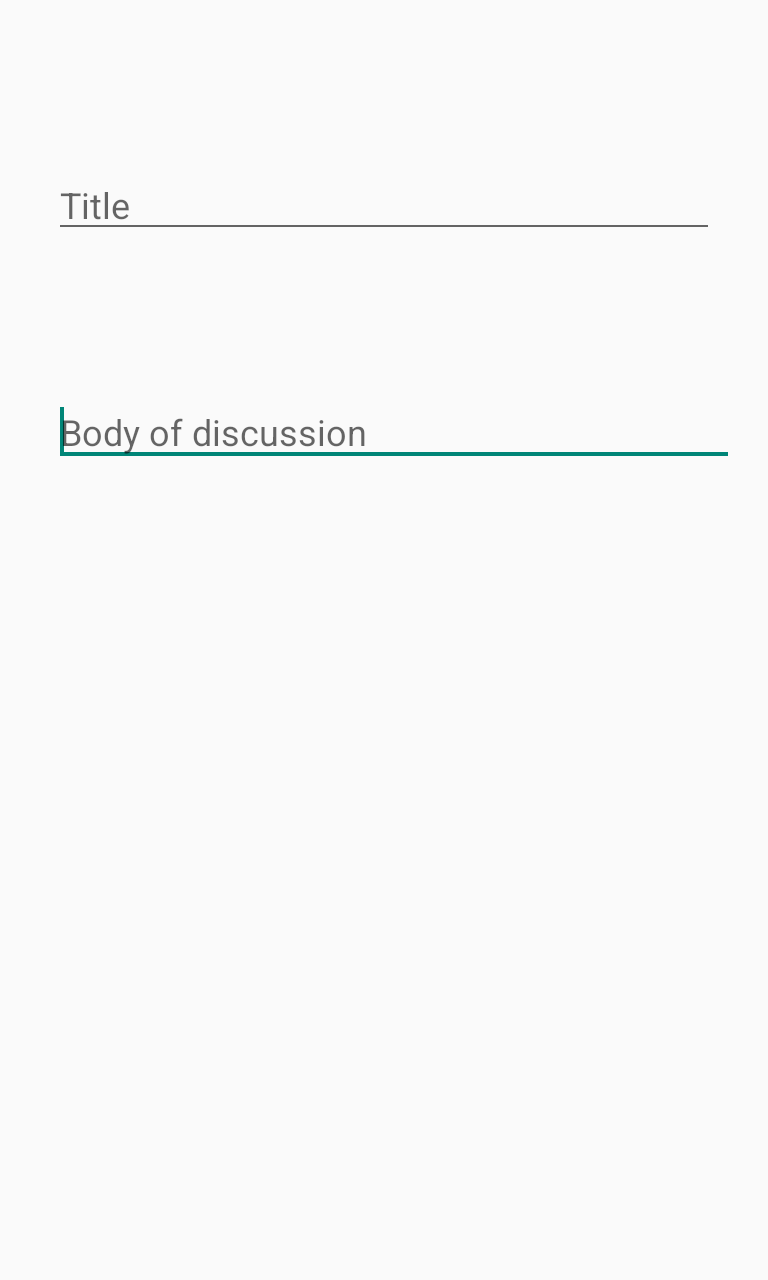
Repository: jayasi/Tag-Overflow
Layout: TagOverflow/res/layout/new_post.xml
The author's editor kept a copy of each file at every save. The layout is drawn from the files as they stood at one save, then again after the next save.
It is drawn on a 768 x 1280 px phone screen (xhdpi) without system bars, with theme AppTheme; the app's code is not run. The app's manifest (not shown) leaves right-to-left support off. So textAlignment, textDirection and layoutDirection are ignored, and left and right values win over start and end ones.

Above is the layout before, as saved 2015-02-17 20:06:58.

After the next save:
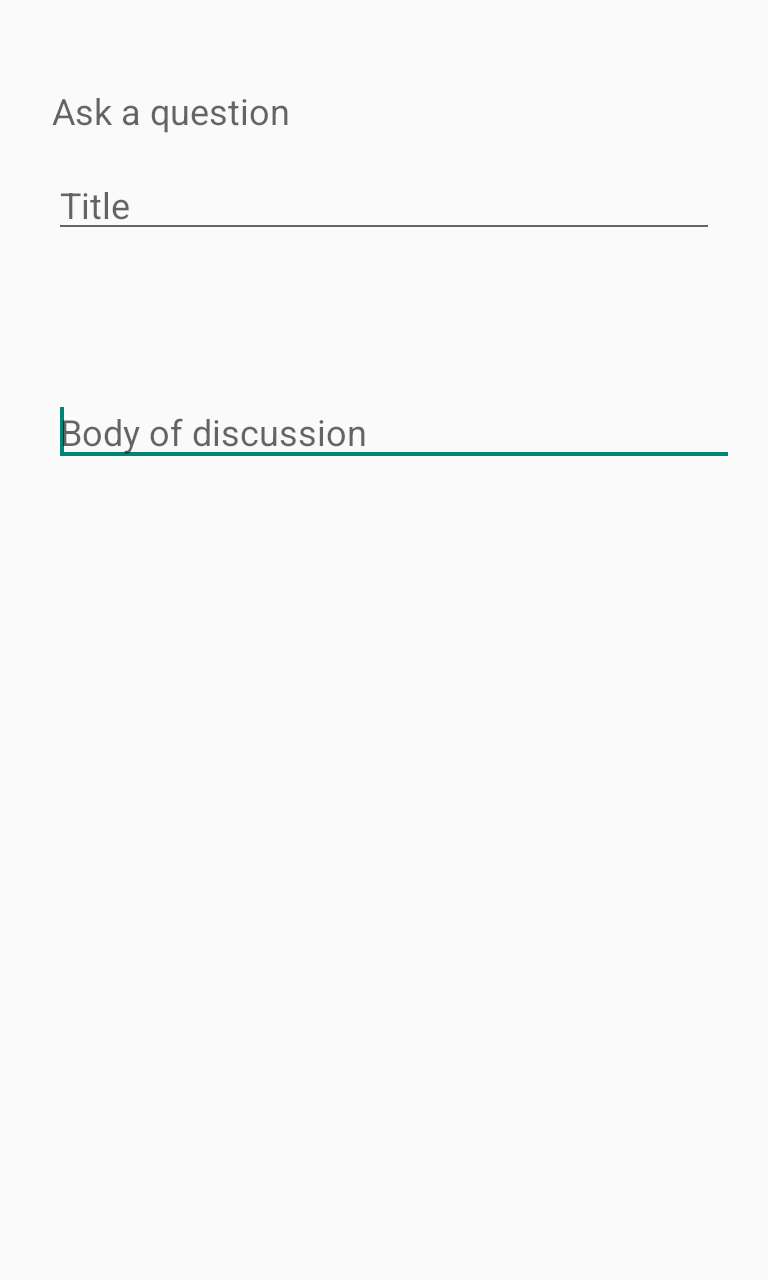
Saved 4 min 3 s later.
--- a/TagOverflow/res/layout/new_post.xml
+++ b/TagOverflow/res/layout/new_post.xml
@@ -35,5 +35,14 @@
         <requestFocus />
     </EditText>
 
+    <TextView
+        android:id="@+id/textView1"
+        android:layout_width="wrap_content"
+        android:layout_height="wrap_content"
+        android:layout_alignLeft="@+id/title"
+        android:layout_alignParentTop="true"
+        android:layout_marginTop="27dp"
+        android:text="Ask a question"
+        android:textAppearance="?android:attr/textAppearanceMedium" />
 
 </RelativeLayout>
